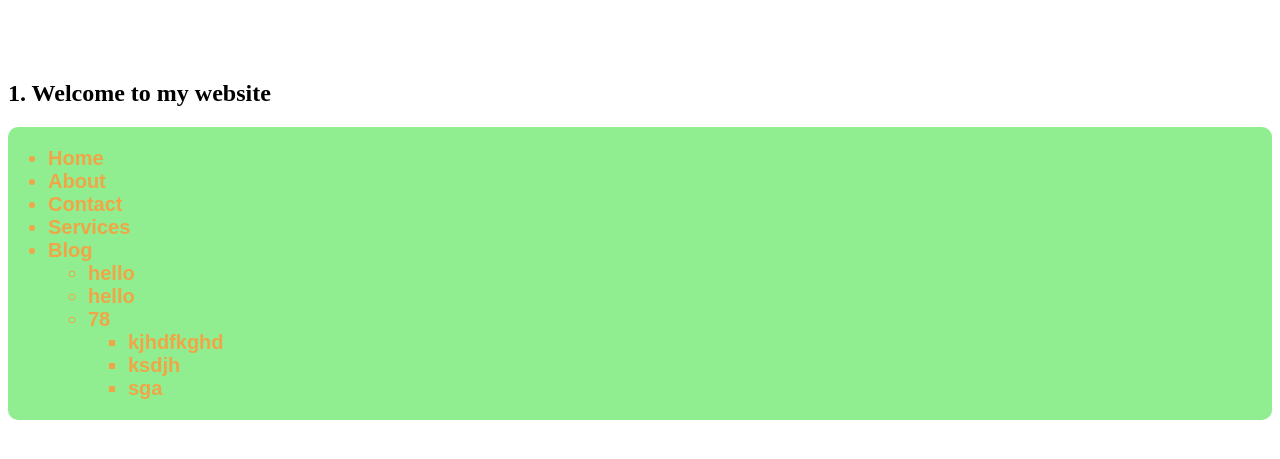
Repository: phulkeshwarmahto/CompleteJS
Page: index.html
An editor plug-in stored every save of this project. The page is shown before and after a run of saves, followed by the edit.
The browser window is 1280 px wide. The pictures show the whole page.

Above is the page before, as saved 2025-06-25 12:49:05.

After the next 3 saves:
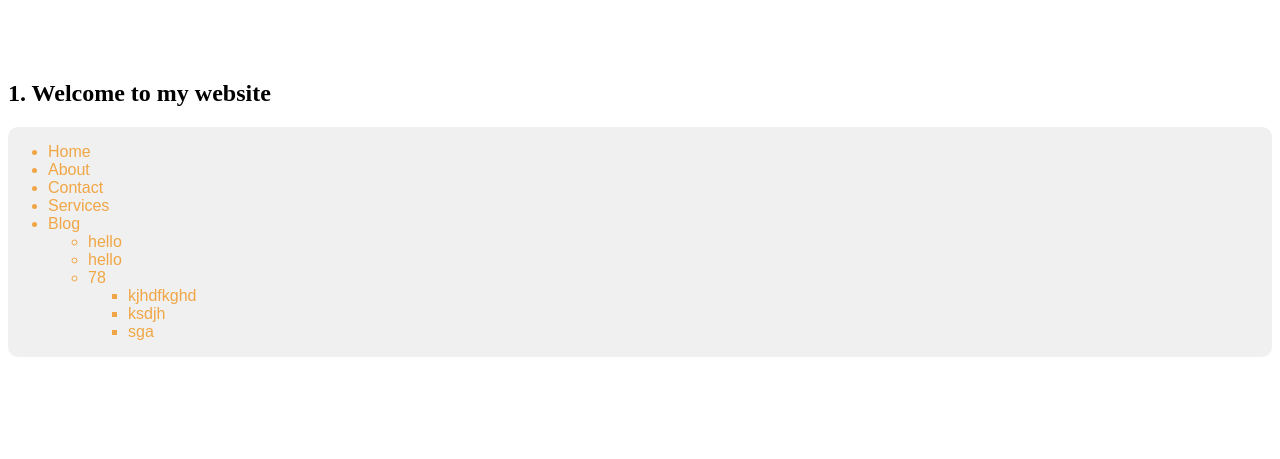
The 3 saves are shown as one change because they came seconds apart.
The last was saved 19 min 7 s later.
--- a/DocumentObjectModel(DOM).js
+++ b/DocumentObjectModel(DOM).js
@@ -118,11 +118,11 @@ Each node can have attributes, child nodes, and text content.
 // console.log(setName); // Setting a new name attribute for the <div> element
 
 
-let div = document.querySelector("div");
-console.log(div.style); // Accessing the style property of the <div> element
-console.log(div.style.color); // Accessing the color style of the <div> element
-console.log(div.style.fontSize); // Accessing the font size style of the <div>
-console.log(div.style.fontWeight); // Accessing the font weight style of the <div>
-console.log(div.style.backgroundColor = "lightgreen"); //  Setting the background color style of the <div> element
-console.log(div.style.fontSize = "20px"); // Setting the font size style of the <div> element
-console.log(div.style.fontWeight = "bold"); // Setting the font weight style of the <div> element
+// let div = document.querySelector("div");
+// console.log(div.style); // Accessing the style property of the <div> element
+// console.log(div.style.color); // Accessing the color style of the <div> element
+// console.log(div.style.fontSize); // Accessing the font size style of the <div>
+// console.log(div.style.fontWeight); // Accessing the font weight style of the <div>
+// console.log(div.style.backgroundColor = "lightgreen"); //  Setting the background color style of the <div> element
+// console.log(div.style.fontSize = "20px"); // Setting the font size style of the <div> element
+// console.log(div.style.fontWeight = "bold"); // Setting the font weight style of the <div> element
